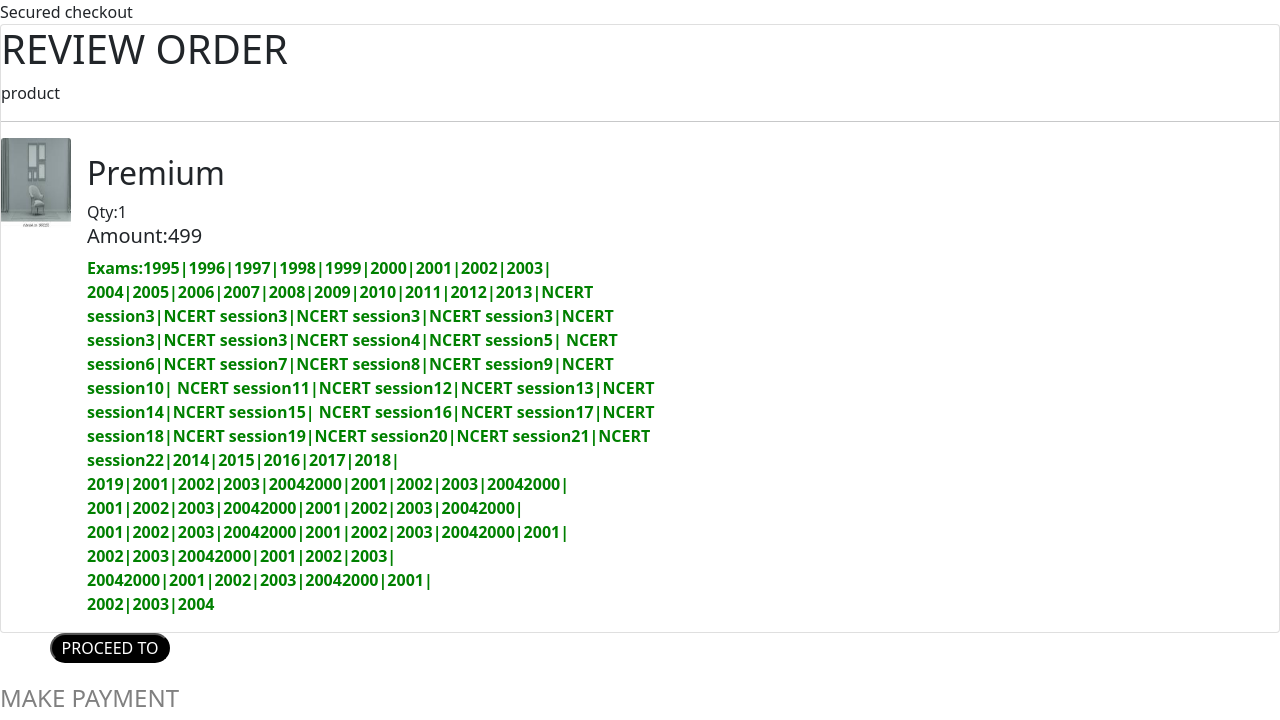
Repository: sreech465/e-prathibha
Page: /checkouts
An editor plug-in stored every save of this project. The page is shown before and after the next save, followed by the edit.
The browser window is 1280 px wide. The pictures show the whole page.
The project was rebuilt for these pictures with package versions that can differ from the ones it lists, and the page was loaded fresh each time. Also part of the build but not shown: src/Redux/Actions.js, src/Components/Register.js, src/Components/Verify.js, src/Components/Header.js, src/Components/Login.js, src/Components/Popup.css, src/Components/Popup.js, src/Components/WritExam.css and 10 more.

Above is the page before, as saved 2022-10-18 19:27:24.

After the next save:
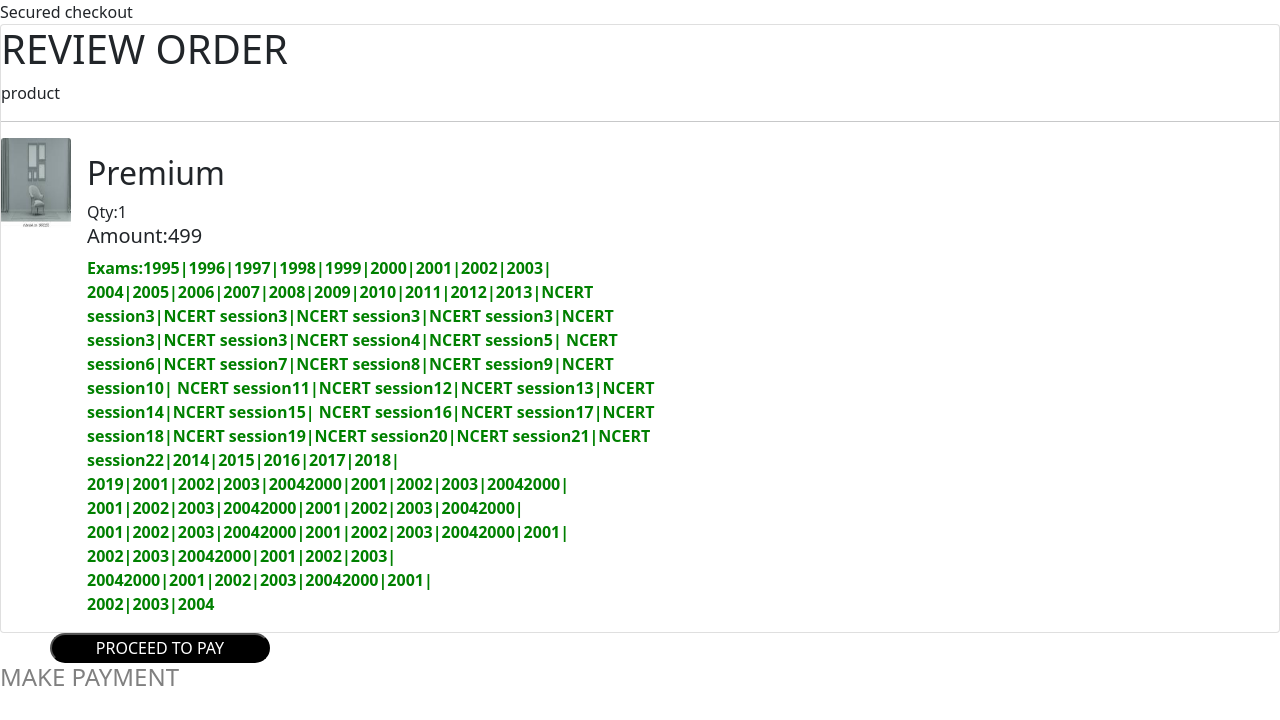
Saved 18 s later.
--- a/src/Components/Checkouts.js
+++ b/src/Components/Checkouts.js
@@ -74,7 +74,7 @@ const Checkouts = () => {
           borderRadius: 40,
           backgroundColor: "black",
           color: "white",
-          width: 120,
+          width: 220,
           height: 30,
           marginLeft: 50,
         }}
